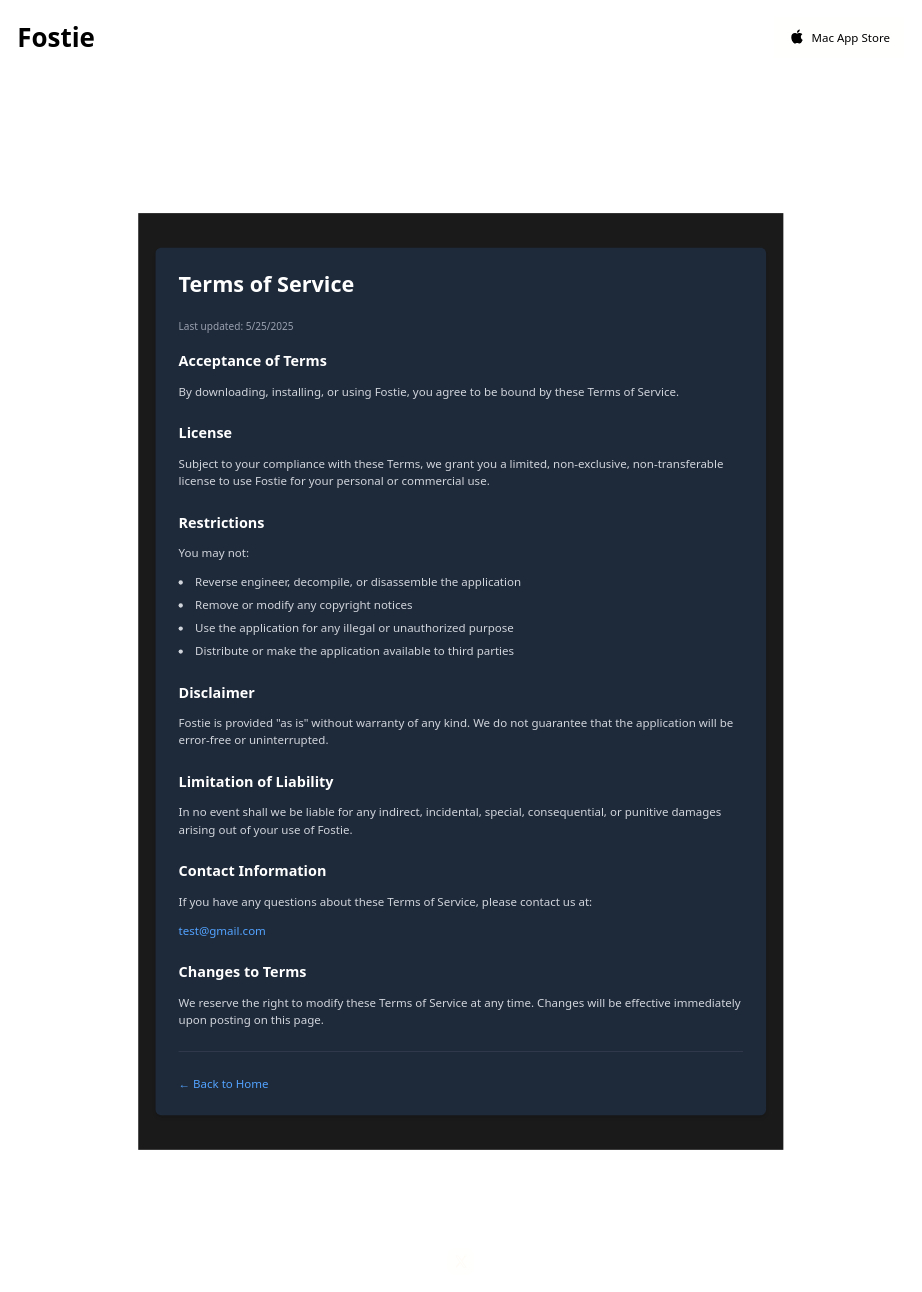
Repository: atimael/fostie-web
Page: /terms
These files come from the project's save history. The page is drawn as it stood at one moment and after the next save; the edit follows.
The browser window is 1280 px wide. The pictures show the whole page, at 72% of full size.
The project was rebuilt for these pictures with package versions that can differ from the ones it lists, and the page was loaded fresh each time. The framework's server and built-in components were replaced by stand-ins that run in the browser. Also part of the build but not shown: next.config.js.

Above is the page before, as saved 2025-05-27 20:48:16.

### app/layout.tsx
import type { Metadata } from "next";
import type { ReactNode } from "react";
import "./globals.css";

export const metadata: Metadata = {
  title: "Fostie - macOS App",
  description: "Official website for Fostie macOS application",
  keywords: "Fostie, macOS, app, application",
  authors: [{ name: "Fostie Team" }],
};

export const viewport = {
  width: "device-width",
  initialScale: 1,
};

export default function RootLayout({ children }: { children: ReactNode }) {
  return (
    <html lang="en" className="dark">
      <body className="antialiased">{children}</body>
    </html>
  );
}

### app/terms/layout.tsx
import Footer from "@/components/footer";
import Header from "@/components/header";

export default function TermsLayout({
  children,
}: {
  children: React.ReactNode;
}) {
  return (
    <>
      <Header />
      <main className="flex w-full flex-1 justify-center px-12 pb-16 pt-32 sm:pb-28 sm:pt-48 xl:px-40">
        {children}
      </main>
      <Footer className="support-page" />
    </>
  );
}

### app/terms/page.tsx
export default function Terms() {
  return (
    <main className="min-h-screen bg-gray-50 dark:bg-custom-dark">
      <div className="max-w-4xl mx-auto px-6 py-12">
        <div className="bg-white dark:bg-gray-800 rounded-lg shadow-md p-8">
          <h1 className="text-3xl font-bold text-gray-900 dark:text-white mb-8">
            Terms of Service
          </h1>

          <div className="prose prose-gray dark:prose-invert max-w-none">
            <p className="text-sm text-gray-600 dark:text-gray-400 mb-6">
              Last updated: {new Date().toLocaleDateString()}
            </p>

            <section className="mb-8">
              <h2 className="text-xl font-semibold text-gray-900 dark:text-white mb-4">
                Acceptance of Terms
              </h2>
              <p className="text-gray-700 dark:text-gray-300 mb-4">
                By downloading, installing, or using Fostie, you agree to be
                bound by these Terms of Service.
              </p>
            </section>

            <section className="mb-8">
              <h2 className="text-xl font-semibold text-gray-900 dark:text-white mb-4">
                License
              </h2>
              <p className="text-gray-700 dark:text-gray-300 mb-4">
                Subject to your compliance with these Terms, we grant you a
                limited, non-exclusive, non-transferable license to use Fostie
                for your personal or commercial use.
              </p>
            </section>

            <section className="mb-8">
              <h2 className="text-xl font-semibold text-gray-900 dark:text-white mb-4">
                Restrictions
              </h2>
              <p className="text-gray-700 dark:text-gray-300 mb-4">
                You may not:
              </p>
              <ul className="list-disc list-inside text-gray-700 dark:text-gray-300 mb-4 space-y-2">
                <li>
                  Reverse engineer, decompile, or disassemble the application
                </li>
                <li>Remove or modify any copyright notices</li>
                <li>
                  Use the application for any illegal or unauthorized purpose
                </li>
                <li>
                  Distribute or make the application available to third parties
                </li>
              </ul>
            </section>

            <section className="mb-8">
              <h2 className="text-xl font-semibold text-gray-900 dark:text-white mb-4">
                Disclaimer
              </h2>
              <p className="text-gray-700 dark:text-gray-300 mb-4">
                Fostie is provided "as is" without warranty of any kind. We do
                not guarantee that the application will be error-free or
                uninterrupted.
              </p>
            </section>

            <section className="mb-8">
              <h2 className="text-xl font-semibold text-gray-900 dark:text-white mb-4">
                Limitation of Liability
              </h2>
              <p className="text-gray-700 dark:text-gray-300 mb-4">
                In no event shall we be liable for any indirect, incidental,
                special, consequential, or punitive damages arising out of your
                use of Fostie.
              </p>
            </section>

            <section className="mb-8">
              <h2 className="text-xl font-semibold text-gray-900 dark:text-white mb-4">
                Contact Information
              </h2>
              <p className="text-gray-700 dark:text-gray-300 mb-4">
                If you have any questions about these Terms of Service, please
                contact us at:
              </p>
              <p className="text-gray-700 dark:text-gray-300">
                <a
                  href="mailto:test@gmail.com"
                  className="text-blue-600 dark:text-blue-400 hover:text-blue-800 dark:hover:text-blue-300"
                >
                  test@gmail.com
                </a>
              </p>
            </section>

            <section className="mb-8">
              <h2 className="text-xl font-semibold text-gray-900 dark:text-white mb-4">
                Changes to Terms
              </h2>
              <p className="text-gray-700 dark:text-gray-300 mb-4">
                We reserve the right to modify these Terms of Service at any
                time. Changes will be effective immediately upon posting on this
                page.
              </p>
            </section>
          </div>

          <div className="mt-8 pt-8 border-t border-gray-200 dark:border-gray-700">
            <a
              href="/"
              className="text-blue-600 dark:text-blue-400 hover:text-blue-800 dark:hover:text-blue-300 font-medium"
            >
              ← Back to Home
            </a>
          </div>
        </div>
      </div>
    </main>
  );
}

### app/globals.css
@import "tailwindcss";

@custom-variant dark (&:where(.dark, .dark *));

@theme {
  /* Enable dark mode based on system preference */
  --default-color-scheme: light dark;

  /* Custom dark background color */
  --color-custom-dark: #1a1a1a;

  /* Custom font family */
  --font-family-sans: ui-sans-serif, system-ui, sans-serif, "Apple Color Emoji",
    "Segoe UI Emoji", "Segoe UI Symbol", "Noto Color Emoji";
}

### components/footer.tsx
export default function Footer() {
  const currentYear = new Date().getFullYear();

  return (
    <footer className="py-6 px-6 flex items-center justify-center">
      <div className="flex items-center justify-between">
        <a
          className="group inline-flex items-center outline-none transition duration-300 focus:ring-2 focus:ring-pink-300 bg-orange-50/5 hover:bg-orange-50/5 rounded-xl p-2 text-orange-50 hover:text-orange-50"
          href="https://twitter.com/henrikruscon"
          rel="noopener noreferrer"
          target="_blank"
          aria-label="X (Twitter)"
        >
          <svg
            className="size-[22px] origin-center fill-current transition duration-300 ease-out group-hover:scale-105 opacity-50 group-hover:opacity-100"
            xmlns="http://www.w3.org/2000/svg"
            viewBox="0 0 24 24"
            aria-hidden="true"
          >
            <path d="M21.2391 3H18.6854L12.9921 9.61784L14.1261 11.2682L21.2391 3Z"></path>
            <path d="M11.2104 14.6575L10.0764 13.0071L3.2002 21H5.75403L11.2104 14.6575Z"></path>
            <path d="M8.44486 3H3.2002L15.5685 21H20.8131L8.44486 3ZM5.31391 4.16971H7.70053L18.6861 19.8835H16.2995L5.31391 4.16971Z"></path>
          </svg>
        </a>
      </div>
    </footer>
  );
}

### components/header.tsx
export default function Header() {
  return (
    <header className="justify-between flex items-center  py-6 px-6">
      <div>
        {/* <Image src="/logo.png" alt="Fostie" width={100} height={100} /> */}
        <h1 className="text-4xl font-bold text-center">Fostie</h1>
      </div>

      <div className="flex items-center gap-4">
        <div className="flex items-center gap-2 hover:cursor-pointer bg-orange-50/5 px-5 py-4">
          <div>
            <svg
              className="h-6 w-6 fill-current"
              xmlns="http://www.w3.org/2000/svg"
              viewBox="0 0 24 24"
              aria-hidden="true"
            >
              <path d="M19.37 7.648c-.114.088-2.11 1.213-2.11 3.715 0 2.894 2.54 3.918 2.616 3.944-.011.062-.403 1.402-1.34 2.767-.834 1.201-1.706 2.4-3.032 2.4s-1.667-.77-3.198-.77c-1.492 0-2.022.796-3.235.796-1.214 0-2.06-1.112-3.033-2.477C4.911 16.42 4 13.93 4 11.566c0-3.791 2.465-5.802 4.891-5.802 1.29 0 2.364.847 3.173.847.77 0 1.972-.897 3.438-.897.556 0 2.553.05 3.867 1.934Zm-4.564-3.54c.607-.719 1.036-1.718 1.036-2.716 0-.138-.012-.279-.037-.392-.987.037-2.161.657-2.87 1.478-.555.632-1.074 1.63-1.074 2.643 0 .152.026.304.037.353.063.011.164.025.266.025.885 0 1.998-.593 2.642-1.39Z"></path>
            </svg>
          </div>
          <span>Mac App Store</span>
        </div>
      </div>
    </header>
  );
}

After the next save:
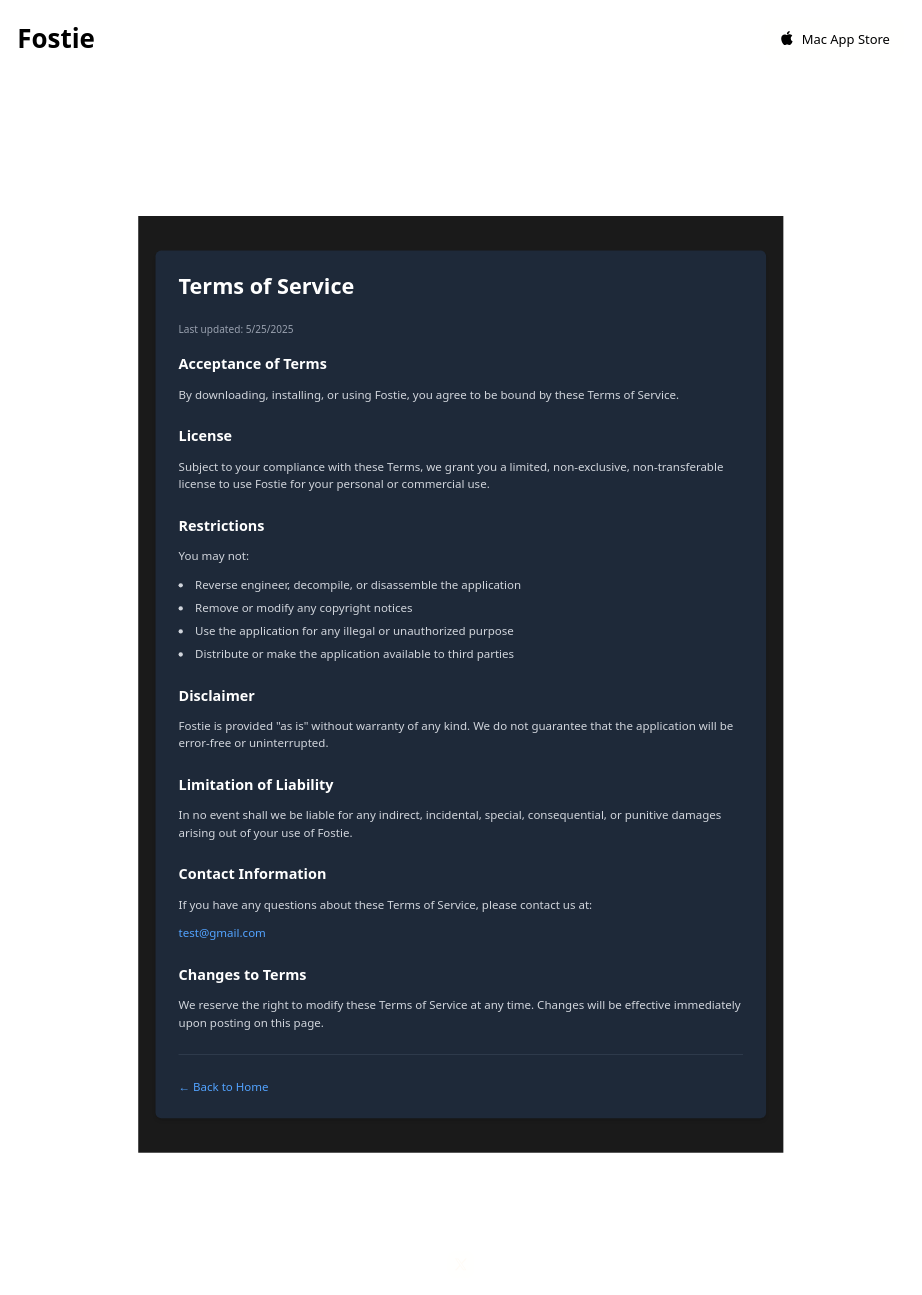
Saved 51 s later.
--- a/components/header.tsx
+++ b/components/header.tsx
@@ -7,7 +7,7 @@
       </div>
 
       <div className="flex items-center gap-4">
-        <div className="flex items-center gap-2 hover:cursor-pointer bg-orange-50/5 px-5 py-4">
+        <div className="flex items-center gap-2 hover:cursor-pointer bg-orange-50/5 px-5 py-4 rounded-2xl">
           <div>
             <svg
               className="h-6 w-6 fill-current"
@@ -18,7 +18,7 @@
               <path d="M19.37 7.648c-.114.088-2.11 1.213-2.11 3.715 0 2.894 2.54 3.918 2.616 3.944-.011.062-.403 1.402-1.34 2.767-.834 1.201-1.706 2.4-3.032 2.4s-1.667-.77-3.198-.77c-1.492 0-2.022.796-3.235.796-1.214 0-2.06-1.112-3.033-2.477C4.911 16.42 4 13.93 4 11.566c0-3.791 2.465-5.802 4.891-5.802 1.29 0 2.364.847 3.173.847.77 0 1.972-.897 3.438-.897.556 0 2.553.05 3.867 1.934Zm-4.564-3.54c.607-.719 1.036-1.718 1.036-2.716 0-.138-.012-.279-.037-.392-.987.037-2.161.657-2.87 1.478-.555.632-1.074 1.63-1.074 2.643 0 .152.026.304.037.353.063.011.164.025.266.025.885 0 1.998-.593 2.642-1.39Z"></path>
             </svg>
           </div>
-          <span>Mac App Store</span>
+          <span className="text-lg">Mac App Store</span>
         </div>
       </div>
     </header>
